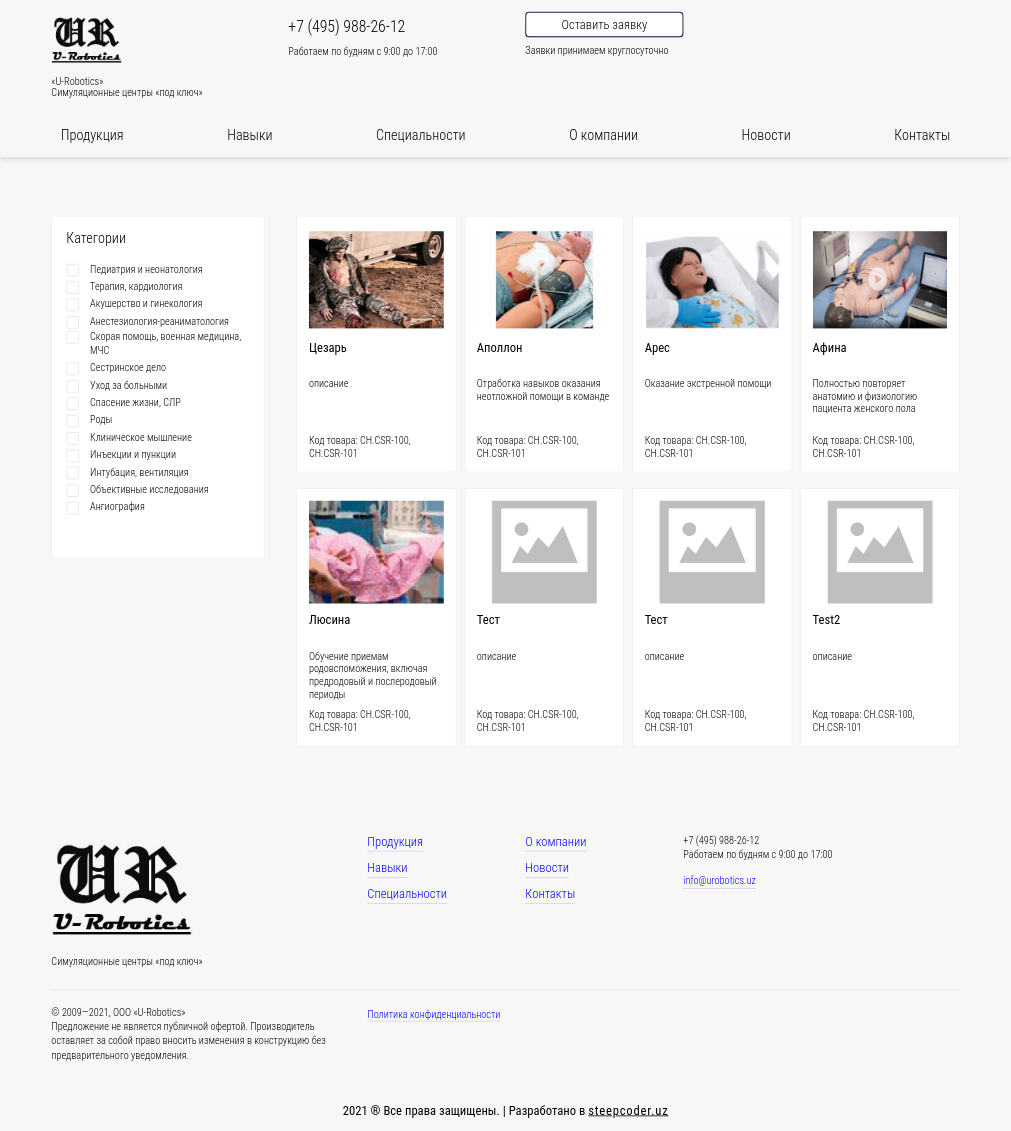
Repository: remrtehno/hotel
Page: http://localhost/products
These files come from the project's save history. The page is drawn as it stood at one moment and after the next save; the edit follows.
The browser window is 1280 px wide. The pictures show the whole page, at 79% of full size.
Some web fonts or font styles are not loaded; a fallback is used. The page is served by the project's Laravel application, run on PHP 8.4 with Laravel 8. Other server files are loaded and not shown. The database holds what the project's SQL file puts in it.

Above is the page before, as saved 2021-04-24 12:20:08.

### routes/web.php
<?php

/*
|--------------------------------------------------------------------------
| Web Routes
|--------------------------------------------------------------------------
|
| Here is where you can register web routes for your application. These
| routes are loaded by the RouteServiceProvider within a group which
| contains the "web" middleware group. Now create something great!
|
*/

Route::get('/', "MainController@index")->name("index");
Route::get('/catalog', "MainController@catalog")->name("catalog");
Route::get('/products', "MainController@products")->name("products");
Route::get('/category/{slug}', "MainController@category")->name("category");
Route::get('/detail/{slug}', "MainController@detail")->name("detail");
Route::get('/newsdetail/{slug}', "MainController@newsdetail")->name("newsdetail");
Route::get('/gallery', "MainController@gallery")->name("gallery");
Route::get('/news', "MainController@news")->name("news");
Route::get('/about', "MainController@about")->name("about");
Route::get('/video', "MainController@video")->name("video");
Route::get('/contact', "MainController@contact")->name("contact");
Route::get('/stocks', "MainController@stocks")->name("stocks");
Route::get('/services', "MainController@services")->name("services");
Route::get('/servicesdetail/{id}', "MainController@servicesdetail")->name("servicesdetail");




Route::group(['prefix'=>'admin','namespace'=>'Admin','middleware'=>'auth'], function(){

    Route::get('/', 'MainController@index');
    Route::resource('/post','ProductController');
    Route::resource('/category','CategoryController');
    Route::resource('/slider','SliderController');
    Route::resource('/services','ServicesController');
    Route::resource('/about','AboutController');
    Route::resource('/news','NewsController');
    Route::resource('/video','VideoController');
    Route::resource('/contact','ContactController');
    Route::resource('/logo','LogoController');
    Route::resource('/stock','StockController');
});

Auth::routes();

Route::get('/home', 'HomeController@index')->name('home');

### app/ProdCat.php
<?php
namespace App;

use Cviebrock\EloquentSluggable\Sluggable;
use Illuminate\Database\Eloquent\Model;
use Illuminate\Support\Facades\Storage;
use Intervention\Image\Facades\Image;

class ProdCat extends Model
{
    use Sluggable;
    protected $table = "prod_cats";
    protected $fillable = ['title', 'img'];

    public function products()
    {
        return $this->hasMany("App\Product");
    }

    public static function add($fields)
    {
        $cat = new static;
        $cat->fill($fields);
        $cat->save();
        return $cat;
    }

    public function edit($fields)
    {
        $this->fill($fields);
        $this->save();
    }

    public function uploadImage($image)
    {
        if ($image == null) {
            return;
        }




        $this->removeImage();
        $filename = str_random(10) . '.' . $image->extension();
        $pat = public_path('/uploads/categories/'.$filename);
        ini_set('memory_limit', '256M');
        $img = Image::make($image);
        $img->backup();
        $img->fit(125, 100)->save($pat, 90);
        $img->reset();
        $img->backup();
        $this->img = $filename;
        $this->save();
    }


    public function getImage()
    {
        if ($this->img == null) {
            return '/uploads/categories/no-image.jpg';
        }
        return '/uploads/categories/' . $this->img;
    }


    public function removeImage()
    {
        if ($this->img != "") {
            Storage::delete('/uploads/categories/' . $this->img);
        }
    }

    public static function getCategory()
    {
        $cat = self::all();
        return $cat;
    }

    public function sluggable(): array
    {
        return [
            'slug' => [
                'source' => 'title'
            ]
        ];
    }
}

### resources/views/products/index.blade.php
@extends("main.main")

@section('content')
    <br>
    <br>
    <div class="container">
        <div class="page-title"><h1></h1></div>
        <div class="content">
            @include('products.sidebar')
            <!-- BEGIN PRODUCTS -->
            <div class="products">
                @if ($products->count() > 0)
                    @foreach ($products as $item)
                        <a class="products__item" href="{{ route('detail', ['slug' => $item->slug]) }}">
                            <div class="products__img">
                                <img src="{{ $item->getImage() }}" alt="{{ $item->getImage() }}">
                            </div>
                            <p class="products__name">{{ $item->title }}</p>
                            <div class="products__desc">{!! str_limit($item->anonce, 350) !!}</div>
                            <p class="products__code">Код товара: CH.CSR-100, CH.CSR-101</p>
                        </a>
                    @endforeach
                @else
                    <section class="col-lg-12">
                        Продукции в данной категории нет!
                    </section>
                @endif
            </div>
            <!-- END PRODUCTS -->
        </div>

    @endsection

### resources/views/products/sidebar.blade.php
<aside class="sidebar">
    <!-- BEGIN FILTER -->
    <form class="filter" action="">
        <!-- Sort Fields -->
        <input type="hidden" name="sortby" value="menuindex">
        <input type="hidden" name="sortdir" value="ASC">
        <!-- Sort End -->


        <div class="filter__section">
            <p class="filter__title">Категории</p>
            @foreach ($cat as $item)
                <a href="{{ route('category', ['slug' => $item->slug]) }}" class="form__checkbox">
                    <label for="check32">
                        <span>{{ $item->title }}</span>
                    </label>
                </a>
            @endforeach
        </div>
    </form>
    <!-- END FILTER -->
</aside>

### resources/views/main/main.blade.php
<!DOCTYPE html>
<html lang="en-US">
    <head>
        <meta charset="UTF-8" />
        <meta name="viewport" content="width=device-width, initial-scale=1, maximum-scale=1">
        <meta name="keywords" content="{{ $meta_key }}">
        <meta name="description" content="{{ $meta_desc }}">


        <link rel="preconnect" href="https://fonts.gstatic.com">
        <link
            href="https://fonts.googleapis.com/css2?family=Roboto+Condensed:ital,wght@0,300;0,400;0,700;1,300&display=swap"
            rel="stylesheet">
        <link rel="icon" type="image/png" href="">
        <link href="/css/slick.css" rel="stylesheet">
        <link href="/css/slicknav.css" rel="stylesheet">
        <link href="/css/jquery.fancybox.min.css" rel="stylesheet">
        <link href="/css/styles.min.css" rel="stylesheet">
        <link href="/css/template170321.css" rel="stylesheet">
        <link rel="stylesheet" href="/css/style-new.css">

        <!--[if IE 8]>
        <link rel="stylesheet" type="text/css"
            href="/public/fazka/css/vc-ie8.css" media="screen">
        <![endif]-->
    </head>

    <body>
        @include("lib.header")

        <main>
            @yield("slider")
            @yield("userwrap")
            @yield("content")
        </main>

        @include("lib.footerinput")

        <div class="copyright" style="text-align: center; padding-bottom: 15px;">
            2021 ® Все права защищены.
            | Разработано в <a style="display: inline; color: black; letter-spacing: 1px;"
                href="http://steepcoder.uz/site"><u>steepcoder.uz</u></a>
        </div>

        <script src="js/jquery.3.2.1.min.js"></script>
        <script src="js/svg4everybody.min.js"></script>
        <script src="js/slick.min.js"></script>
        <script src="js/jquery.slicknav.js"></script>
        <script src="js/scripts.js"></script>

    </body>
</html>

### resources/views/lib/header.blade.php
<header>
  <div class="container">
      <!-- BEGIN HEADERBAR-->
      <div class="headerbar">
          <div class="headerbar__row">
              <div class="headerbar__logo">
                  <a href="">
                      <img src="/uploads/logo/logo.png" alt="">
                      <p>«U-Robotics» <br> Симуляционные центры «под ключ»</p>
                  </a>
              </div>
              <div class="headerbar__info">
                  <a class="headerbar__tel" href="tel:74959882612">+7 (495) 988-26-12</a>
                  <p>Работаем по будням с 9:00 до 17:00</p>
              </div>
              <div class="headerbar__request">
                  <a class="js-modal-show" data-target="js-request"><span>Оставить заявку</span></a>

                  <p>Заявки принимаем круглосуточно</p>
              </div>
          </div>
      </div>
      <!-- END HEADERBAR -->
      <!-- BEGIN NAVBAR -->
      <nav class="navbar wr">
          <div class="slicknav_menu"><a href="#" aria-haspopup="true" role="button" tabindex="0" class="slicknav_btn slicknav_collapsed"><span class="slicknav_menutxt"></span><span class="slicknav_icon slicknav_no-text"><span class="slicknav_icon-bar"></span><span class="slicknav_icon-bar"></span><span class="slicknav_icon-bar"></span></span></a>
              <ul class="slicknav_nav slicknav_hidden" aria-hidden="true" role="menu" style="display: none;">
                  <li><a href="produkciya.html" role="menuitem" tabindex="-1">Продукция</a></li>
                  <li><a href="navyki.html" role="menuitem" tabindex="-1">Навыки</a></li>
                  <li><a href="specialnosti.html" role="menuitem" tabindex="-1">Специальности</a></li>
                  <li><a href="o-kompanii.html" role="menuitem" tabindex="-1">О компании</a></li>
                  <li><a href="novosti.html" role="menuitem" tabindex="-1">Новости</a></li>
                  <li><a href="kontakty.html" role="menuitem" tabindex="-1">Контакты</a></li>
              </ul>
          </div>
          <ul class="navbar__menu">
              <li><a href="produkciya.html">Продукция</a></li>
              <li><a href="navyki.html">Навыки</a></li>
              <li><a href="specialnosti.html">Специальности</a></li>
              <li><a href="o-kompanii.html">О компании</a></li>
              <li><a href="novosti.html">Новости</a></li>
              <li><a href="kontakty.html">Контакты</a></li>
          </ul>
      </nav>
      <!-- END NAVBAR  -->
  </div>
</header>

### public/css/template170321.css
.page-title h1 {
	text-transform: uppercase;
	font-size: 36px;
	letter-spacing: 3px;
}

.has-error {
	border: 1px solid red!important;
}

.search_title {
	padding: 10px 10px 10px 16px;
	background-color: #fff;
}

.search_title a {
	color: #5e42fc;
	border-bottom: 1px solid rgba(143, 11, 11, .2);
	-webkit-transition: all .3s linear;
	transition: all .3s linear;
	font-size: 18px;
	font-weight: 300;
}

.search_extract {
	padding: 0px 10px 10px 16px;
	background-color: #fff;
}

.evoSearch_info {
	padding: 15px 10px 15px 16px;
	background-color: #fff;
	margin-bottom: 20px;
	font-size: 20px;
}

.js-modal-show {
	cursor: pointer;
}

.other-feedback {
	margin-top: 20px;
}

.product__txt a {
	color: #5e42fc;
	border-bottom: 1px solid #5e42fc;
	-webkit-transition: all .3s linear;
	transition: all .3s linear;
	font-size: 18px;
	font-weight: 300;
}

.filter__hidden,
.form__checkbox {
	transition: all .3s linear;
}

.product__header-center {
	box-sizing: border-box;
	margin-left: 25px;
	margin-right: 25px;
	word-wrap: break-word;
}

.product__txt ul li {
	list-style-type: disc;
	list-style-position: outside;
	margin-left: 20px;
}

.product__txt ol li {

}

.product__txt ol {
	padding-left: inherit;
}
.banner__caption {
	display: flex;
	align-items: center;
	justify-content: center;
	padding-top: initial;
	top: -20px;
}
.banner__txt{
	font-size: 35px;
}

.news__desc h3 {
    min-height: 90px;
}

.social ul {
    margin: 30px 0 0;
    padding: 0;
    list-style: none;
    display: -webkit-box;
    display: -ms-flexbox;
    display: flex;
    -webkit-box-align: center;
    -ms-flex-align: center;
    align-items: center;
    -webkit-box-pack: end;
    -ms-flex-pack: end;
    justify-content: start;
}
.social ul li:first-child {
    margin-left: 0;
}
.social ul li {
    margin-left: 25px;
}
.social ul li a {
    display: block;
    width: 26px;
    height: 21px;
}
.social ul li a svg {
    width: 100%;
    height: 100%;
    fill: #5e42fc;
    -webkit-transition: .3s linear;
    transition: .3s linear;
}
.social ul li a:hover svg {
    fill: #5e42fc;
		opacity: 0.7;
}

.contacts__map {
    height: 270px;
}

@media screen and (max-width: 1199px){
	.banner__txt {
		font-size: 38px;

	}
	.social ul {
    -webkit-box-pack: center;
    -ms-flex-pack: center;
    justify-content: center;
}
}

@media screen and (max-width: 991px){
	.banner__txt {

		font-size: 32px;
	}
}

### med.sql (the tables this page reads)
CREATE TABLE `prod_cats` (
  `id` bigint(20) UNSIGNED NOT NULL,
  `title` varchar(255) COLLATE utf8mb4_unicode_ci NOT NULL,
  `description` text COLLATE utf8mb4_unicode_ci,
  `slug` varchar(255) COLLATE utf8mb4_unicode_ci NOT NULL,
  `img` varchar(255) COLLATE utf8mb4_unicode_ci DEFAULT NULL,
  `created_at` timestamp NULL DEFAULT NULL,
  `updated_at` timestamp NULL DEFAULT NULL
) ENGINE=InnoDB DEFAULT CHARSET=utf8mb4 COLLATE=utf8mb4_unicode_ci;

INSERT INTO `prod_cats` (`id`, `title`, `description`, `slug`, `img`, `created_at`, `updated_at`) VALUES
(11, 'Педиатрия и неонатология', 'Устройства симуляционного тренинга манипуляций', 'pediatriya-i-neonatologiya', 'bHttbdCGXs.jpeg', '2021-04-23 09:37:29', '2021-04-25 06:22:41'),
(12, 'Терапия, кардиология', 'Отработка манипуляций на тренажерах в виртуальной среде', 'terapiya-kardiologiya', '9uSVAquh1c.jpeg', '2021-04-23 09:37:34', '2021-04-25 06:23:09'),
(13, 'Акушерство и гинекология', 'Симуляторы в очках виртуальной реальности', 'akusherstvo-i-ginekologiya', 'jF5b13Czh1.jpeg', '2021-04-23 09:37:42', '2021-04-25 06:23:27'),
(14, 'Анестезиология-реаниматология', 'Управление учебным центром и учебным процессом', 'anesteziologiya-reanimatologiya', 'callUKgj8K.jpeg', '2021-04-23 09:37:50', '2021-04-25 06:24:02'),
(15, 'Скорая помощь, военная медицина, МЧС', 'Медицинские манекены взрослых пациентов, рожениц и детей', 'skoraya-pomoshch-voennaya-medicina-mchs', 'oCOdK18V3r.jpeg', '2021-04-23 09:37:57', '2021-04-25 06:24:13'),
(16, 'Сестринское дело', 'Анатомические модели органов и тканей', 'sestrinskoe-delo', 'NgLumstyjt.jpeg', '2021-04-23 09:38:04', '2021-04-25 05:44:42'),
(18, 'Уход за больными', 'Фантомы органов и тканей', 'uhod-za-bolnymi', 'TtBiti0xoS.jpeg', '2021-04-23 09:38:20', '2021-04-25 06:26:40'),
(19, 'Спасение жизни, СЛР', 'Устройства, имитирующие реальное медицинское оборудование', 'spasenie-zhizni-slr', '4bxGdBApvM.jpeg', '2021-04-23 09:38:26', '2021-04-25 06:27:41'),
(20, 'Роды', 'Отработка манипуляций на тренажерах в виртуальной среде', 'rody', 'q3GVwx12QT.png', '2021-04-23 09:38:38', '2021-04-25 06:29:36'),
(21, 'Клиническое мышление', NULL, 'klinicheskoe-myshlenie', NULL, '2021-04-23 09:38:45', '2021-04-23 09:38:45'),
(22, 'Инъекции и пункции', NULL, 'inekcii-i-punkcii', NULL, '2021-04-23 09:38:52', '2021-04-23 09:38:52'),
(23, 'Интубация, вентиляция', NULL, 'intubaciya-ventilyaciya', NULL, '2021-04-23 09:39:00', '2021-04-23 09:39:00'),
(24, 'Объективные исследования', NULL, 'obektivnye-issledovaniya', NULL, '2021-04-23 09:39:07', '2021-04-23 09:39:07'),
(25, 'Ангиография', NULL, 'angiografiya', NULL, '2021-05-05 02:16:12', '2021-05-05 02:16:12');

ALTER TABLE `prod_cats`
  ADD PRIMARY KEY (`id`);

ALTER TABLE `prod_cats`
  MODIFY `id` bigint(20) UNSIGNED NOT NULL AUTO_INCREMENT, AUTO_INCREMENT=26;

CREATE TABLE `products` (
  `id` bigint(20) UNSIGNED NOT NULL,
  `title` varchar(255) COLLATE utf8mb4_unicode_ci NOT NULL,
  `anonce` varchar(255) COLLATE utf8mb4_unicode_ci NOT NULL,
  `text` longtext COLLATE utf8mb4_unicode_ci NOT NULL,
  `cat_id` int(11) DEFAULT NULL,
  `spec_id` int(11) DEFAULT NULL,
  `skill_id` int(11) DEFAULT NULL,
  `slug` varchar(255) COLLATE utf8mb4_unicode_ci DEFAULT NULL,
  `img` varchar(255) COLLATE utf8mb4_unicode_ci DEFAULT NULL,
  `created_at` timestamp NULL DEFAULT NULL,
  `updated_at` timestamp NULL DEFAULT NULL,
  `meta_desc` text COLLATE utf8mb4_unicode_ci,
  `meta_key` text COLLATE utf8mb4_unicode_ci
) ENGINE=InnoDB DEFAULT CHARSET=utf8mb4 COLLATE=utf8mb4_unicode_ci;

INSERT INTO `products` (`id`, `title`, `anonce`, `text`, `cat_id`, `spec_id`, `skill_id`, `slug`, `img`, `created_at`, `updated_at`, `meta_desc`, `meta_key`) VALUES
(195, 'Цезарь', '<p>описание</p>', '<div class=\"product__txt\">\r\n<p>Беспроводное управление позволит использовать робот-симулятор Афина как в учебной аудитории, так и за ее пределами. Модель физиологии Афины разработана с учетом особенностей женского организма. За счет улучшенной модели дыхательной системы Афина может автоматически реагировать на механическую вентиляцию легких, триггер аппарата ИВЛ и демонстрировать повышенный пик давления на вдохе. В программу также встроены метрики проведения СЛР, которые позволят оценить правильность и эффективность реанимационных мероприятий.<img alt=\"\" src=\"/img/athenabeautyprint.jpeg\" style=\"height:325px; width:600px\" /></p>\r\n\r\n<p>&nbsp;</p>\r\n\r\n<p>&nbsp;</p>\r\n\r\n<p>&nbsp;</p>\r\n</div>\r\n\r\n<h3>Функциональные особенности</h3>\r\n\r\n<div class=\"product__txt product__txt--two\">\r\n<h4>Дыхательная система:</h4>\r\n\r\n<ul>\r\n	<li>Спонтанное дыхание</li>\r\n	<li>Артикуляция шеи</li>\r\n	<li>Артикулируемая нижняя челюсть</li>\r\n	<li>Односторонние и двусторонние экскурсии грудной клетки, синхронизированные с вентиляцией (спонтанной и механической)</li>\r\n	<li>Анатомически верные верхние дыхательные пути</li>\r\n	<li>Ларингоскопия и оральная интубация (ларингеальные маски, ЭТТ, орофарингеальные воздуховоды)</li>\r\n	<li>Вентиляция дыхательным мешком</li>\r\n	<li>Симметричная и асимметричная вентиляция легких</li>\r\n	<li>Механическая вентиляция и различные режимы вентиляции (CMV, SIMV)</li>\r\n	<li>Эффективность вентиляции отражается в концентрациях альвеолярных и артериальных газов</li>\r\n</ul>\r\n\r\n<h4>Сердечно-сосудистая система:</h4>\r\n\r\n<ul>\r\n	<li>Билатеральный пульс на сонных, лучевых, радиальных и артериях стоп синхронизирован с сердечным циклом</li>\r\n	<li>Измерение АД билатерально путем аускультации и пальпации</li>\r\n	<li>Кардиостимуляция и дефибрилляция</li>\r\n	<li>ЭКГ по 12 отведениям</li>\r\n	<li>Использование реального ЭКГ монитора</li>\r\n	<li>В/в инъекции билатерально</li>\r\n</ul>\r\n\r\n<h4>СЛР:</h4>\r\n\r\n<ul>\r\n	<li>Детектор правильности положения рук</li>\r\n	<li>Анализ СЛР</li>\r\n</ul>\r\n\r\n<h4>Нервная система:</h4>\r\n\r\n<ul>\r\n	<li>Реакция зрачков на свет</li>\r\n	<li>Моргание и закрывание век</li>\r\n	<li>Судороги ассоциированы с учащенным морганием и сотрясанием рук</li>\r\n</ul>\r\n\r\n<h4>Выделительная система:</h4>\r\n\r\n<ul>\r\n	<li>Катетеризация мочевого пузыря</li>\r\n	<li>Выделение мочи</li>\r\n</ul>\r\n\r\n<h4>Звуки:</h4>\r\n\r\n<ul>\r\n	<li>Записанные звуки и речь, использование собственных звуков по беспроводному микрофону</li>\r\n	<li>Звуки сердца, кишечника и дыхания (спереди и сзади) управляются независимо (тип и громкость)</li>\r\n	<li>Звуки дыхания (свистящее и затрудненное) слышны</li>\r\n</ul>\r\n</div>\r\n\r\n<h3>Базовые клинические сценарии</h3>\r\n\r\n<div class=\"product__txt\">\r\n<ol>\r\n	<li>Обострение хронической сердечной недостаточности</li>\r\n	<li>Острый респираторный дистресс-синдром</li>\r\n	<li>Поражение мозга с тромболитической терапией</li>\r\n	<li>Сепсис с гипотонией</li>\r\n	<li>Автомобильная авария и гиповолемический шок</li>\r\n</ol>\r\n\r\n<h4>&nbsp;</h4>\r\n</div>\r\n\r\n<h3>Дополнительная информация</h3>\r\n\r\n<div class=\"product__txt\">\r\n<p><a href=\"assets/files/roboty-simulyatory/afina/afina.pdf\">Презентация &quot;Афина, робот-симулятор женщины VI класса реалистичности&quot;</a></p>\r\n</div>', 12, NULL, NULL, 'cezar', 'wP4QEi3eRV.jpeg', '2021-04-23 09:49:09', '2021-04-23 10:42:58', NULL, NULL),
(197, 'Аполлон', '<p>Отработка навыков оказания неотложной помощи в команде</p>', '<p>Полный текст</p>', 11, NULL, NULL, 'apollon', 'PQxkRKZvLn.jpeg', '2021-04-23 09:49:52', '2021-04-23 10:15:41', NULL, NULL),
(198, 'Арес', '<p>Оказание экстренной помощи</p>', '<p>Полный текст</p>', 16, NULL, NULL, 'ares', 'f09aWBqY9e.png', '2021-04-23 09:50:10', '2021-04-23 10:15:56', NULL, NULL),
(199, 'Афина', '<p>Полностью повторяет анатомию и физиологию пациента женского пола</p>', '<p>Полный текст</p>', 19, NULL, NULL, 'afina', 'pN6y28jNBW.jpeg', '2021-04-23 09:50:30', '2021-04-23 10:16:29', NULL, NULL),
(200, 'Люсина', '<p>Обучение приемам родовспоможения, включая предродовый и послеродовый периоды</p>', '<p>Полный текст</p>', 20, NULL, NULL, 'lyusina', 'eW07WMajle.jpeg', '2021-04-23 09:51:21', '2021-04-23 09:51:42', NULL, NULL),
(201, 'Тест', '<p>описание</p>', '<p>Полный текст</p>', 11, NULL, NULL, 'test', NULL, '2021-05-05 03:10:15', '2021-05-05 03:10:15', NULL, NULL),
(202, 'Тест', '<p>описание</p>', '<p>Полный текст</p>', 11, 28, 27, 'test-1', NULL, '2021-05-05 03:10:26', '2021-05-05 03:12:35', NULL, NULL),
(203, 'Test2', '<p>описание</p>', '<p>Полный текст</p>', 14, 25, 31, 'test2', NULL, '2021-05-05 03:13:24', '2021-05-05 03:18:36', NULL, NULL);

ALTER TABLE `products`
  ADD PRIMARY KEY (`id`),
  ADD UNIQUE KEY `products_slug_unique` (`slug`);

ALTER TABLE `products`
  MODIFY `id` bigint(20) UNSIGNED NOT NULL AUTO_INCREMENT, AUTO_INCREMENT=204;

Loaded but not shown: app/Providers/AppServiceProvider.php (common file); app/Http/Controllers/Auth/LoginController.php (common file); app/Http/Controllers/Controller.php (common file); public/css/slick.css (common file); public/css/slicknav.css (common file); public/css/jquery.fancybox.min.css (library); public/css/styles.min.css (library); public/js/jquery.3.2.1.min.js (library); public/js/svg4everybody.min.js (common file); public/js/slick.min.js (library); public/js/jquery.slicknav.js (library); public/img/sprite.svg (134 lines, source omitted); public/js/scripts.js (128 lines, source omitted); app/Http/Controllers/MainController.php (201 lines, source omitted); resources/views/lib/footerinput.blade.php (104 lines, source omitted); app/Product.php (139 lines, source omitted); public/css/style-new.css (210 lines, source omitted)

After the next save:
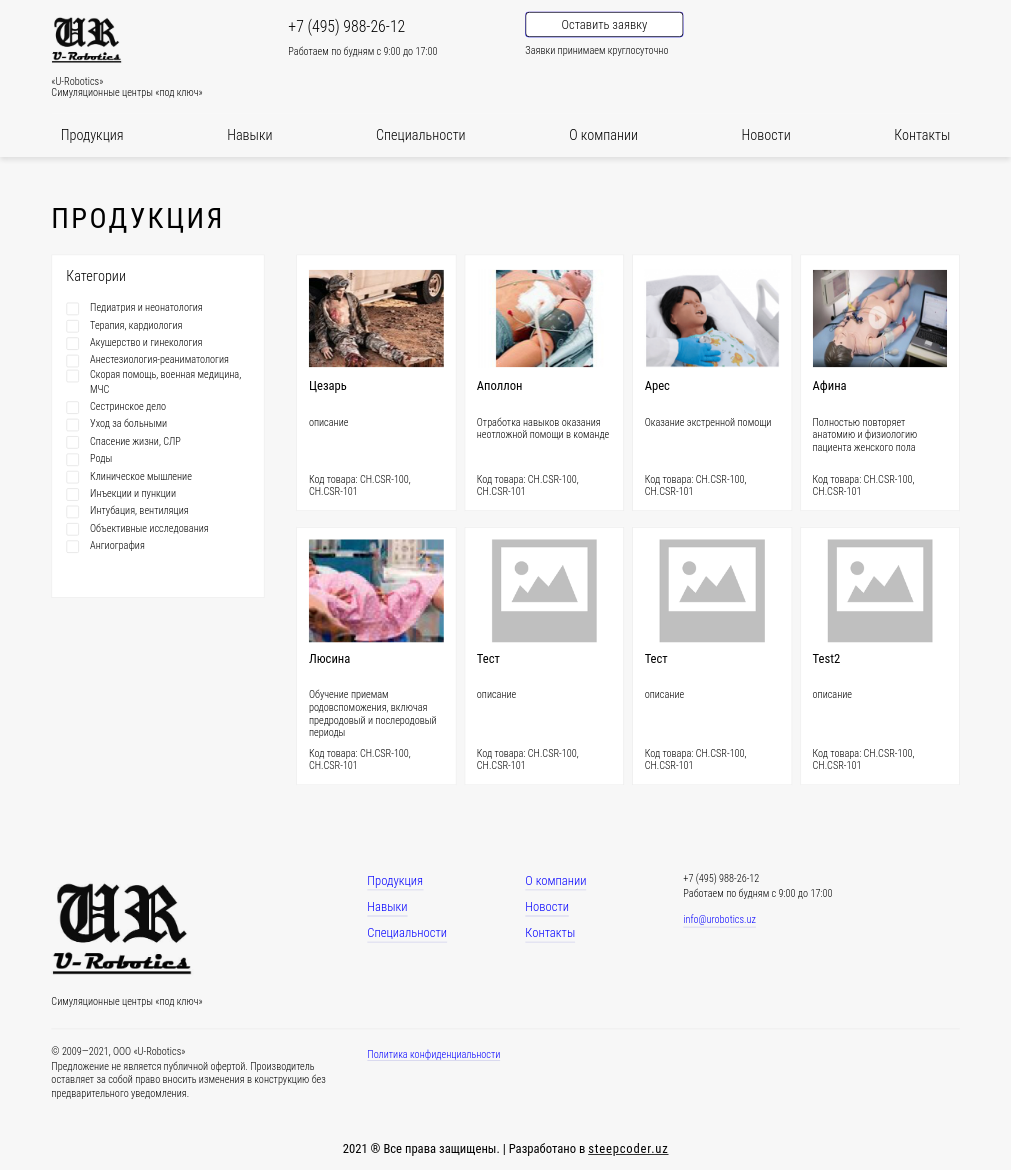
Saved 5 s later.
--- a/resources/views/products/index.blade.php
+++ b/resources/views/products/index.blade.php
@@ -4,7 +4,7 @@
     <br>
     <br>
     <div class="container">
-        <div class="page-title"><h1></h1></div>
+        <div class="page-title"><h1>Продукция</h1></div>
         <div class="content">
             @include('products.sidebar')
             <!-- BEGIN PRODUCTS -->
